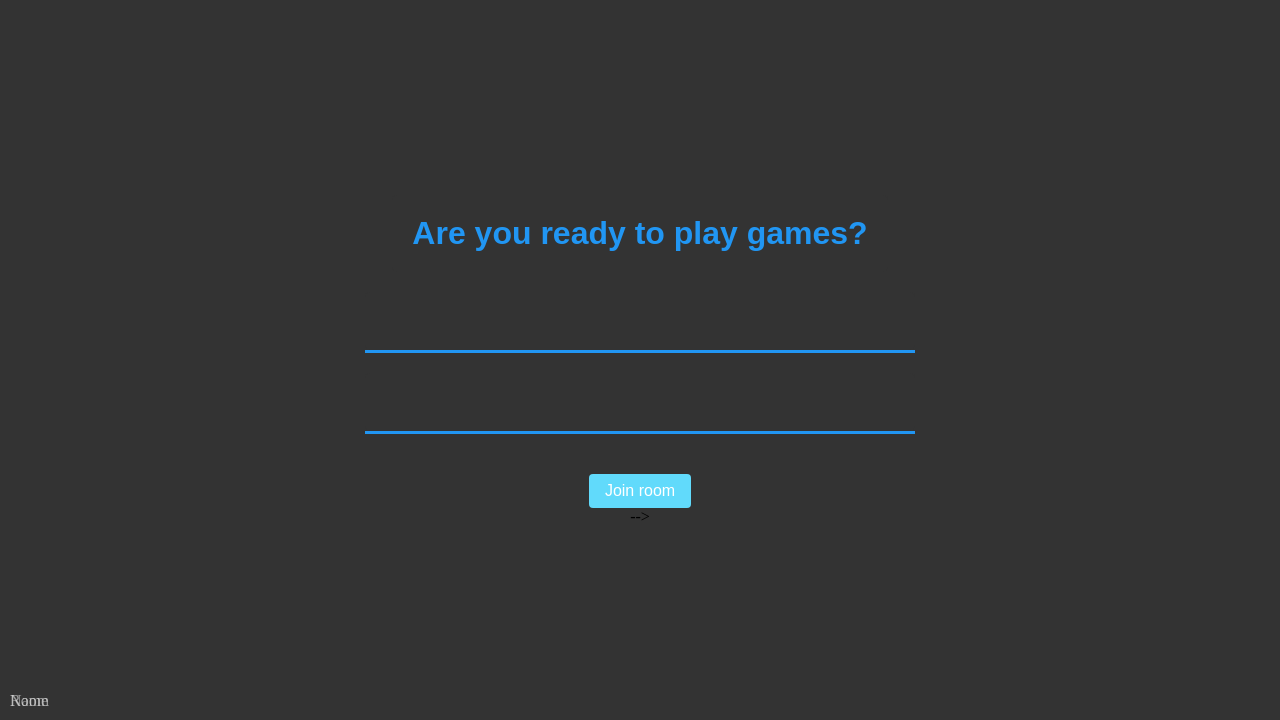
Repository: rektyyy/henhouse
Page: client/index.html
An editor plug-in stored every save of this project. The page is shown before and after the next save, followed by the edit.
The browser window is 1280 px wide. The pictures show the whole page.

Above is the page before, as saved 2023-12-30 10:38:27.

### client/index.html
<!DOCTYPE html>
<html lang="en">

<head>
    <meta name="viewport" content="width=device-width, initial-scale=1.0">
    <title>Cool Start Page</title>
    <link rel="stylesheet" type="text/css" href="styles_index.css">
</head>

<body>
    <h1>Are you ready to play games?</h1>
    <div class="centered">
        <div class="group1">
            <input type="text" id="name" required>
            <label for="name">Name</label>
            <div class="bar"></div>
        </div>
    </div>


    <div class="centered">
        <div class="group2">
            <input type="text" id="room" required>
            <label for="name">Room</label>
            <div class="bar"></div>
        </div>
    </div>
    <button id="button_room" type="submit">Join room</button> -->

    <script type="text/javascript" src="index.js"></script>
</body>

</html>

### client/styles_index.css
* {
  box-sizing: border-box;
}

body {
  background: #333;
  display: flex;
  flex-direction: column;
  align-items: center;
  justify-content: center;
  min-height: 100vh;
  margin: 0;
  padding: 0;
}

h1 {
  font-family: "Arial", sans-serif;
  text-align: center;
  color: #2196f3;
  padding: 20px;
  background-color: #333;
  margin-top: 0;
  margin-bottom: 20px;
  border-radius: 5px;
}

button {
  padding: 0.5rem 1rem;
  font-size: 1rem;
  border: none;
  border-radius: 0.25rem;
  background-color: #61dafb;
  color: #fff;
  cursor: pointer;
  outline: none;
  margin-top: 20px;
}

button:hover {
  background-color: #4fa3d1;
}

.centered {
  width: 100%;
  max-width: 550px;
  margin-bottom: 20px;
}

.group {
  width: 100%;
  margin-bottom: 10px;
  position: relative;
  padding-top: 20px; /* This padding gives space for the label to move above the input */
}

label {
  color: rgba(255, 255, 255, 0.5);
  font-size: 1rem;
  position: absolute;
  left: 10px; /* Same as input padding-left */
  bottom: 10px; /* Position the label at the bottom of the input */
  pointer-events: none; /* Allows click events to pass through to the input */
  transition: 0.25s ease;
}

input {
  width: 100%;
  padding: 20px 10px;
  border: none;
  border-radius: 5px;
  color: white;
  background: #333;
  font-size: 1rem;
  margin-bottom: 5px;
}

input:focus + label,
input:valid + label {
  bottom: 100%; /* Move the label to the top of the input */
  color: #2196f3;
}

.bar {
  height: 3px;
  background: #2196f3;
  margin-top: -5px;
}

### client/index.js
const input_room = document.getElementById('input_room');
const button_room = document.getElementById('button_room');

// Joins room
button_room.addEventListener('click', () => {
    if (input_room.value) {
        currentRoomId = input_room.value;
        input_room.value = '';
        window.location.href = `/game.html?room=${currentRoomId}`;
    }
});

After the next save:
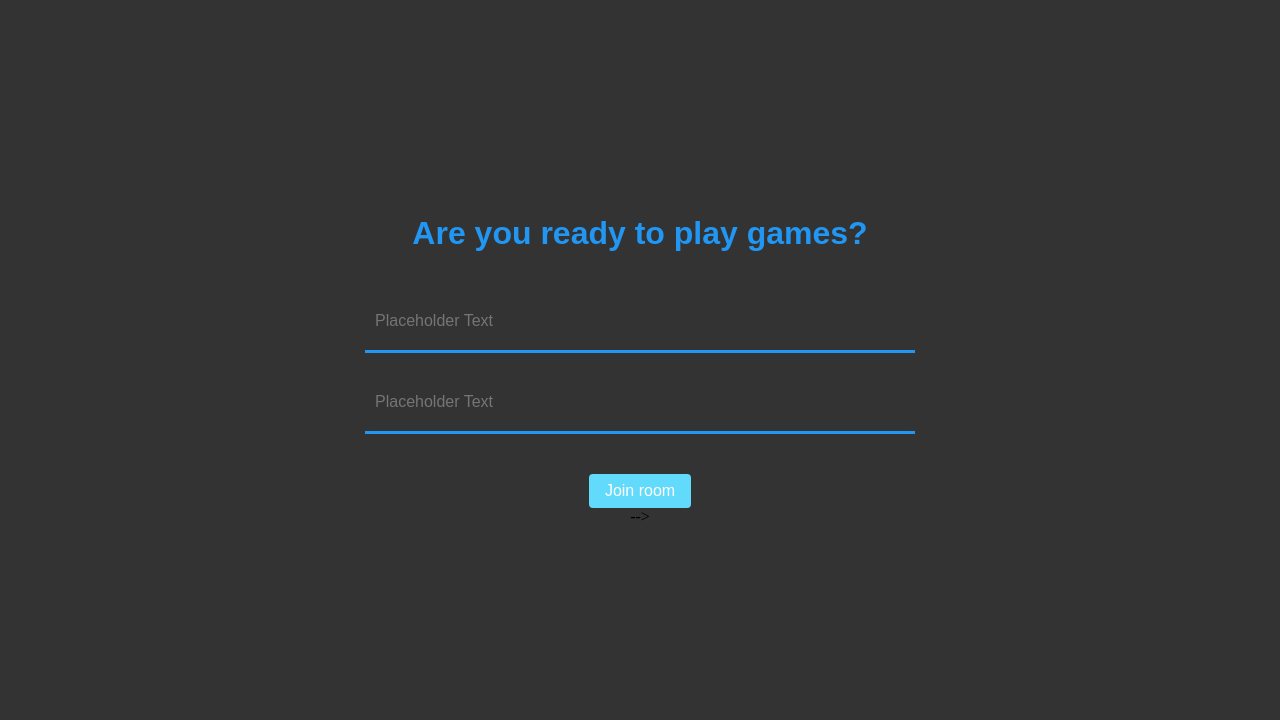
Saved 46 s later.
--- a/client/index.html
+++ b/client/index.html
@@ -11,8 +11,8 @@
     <h1>Are you ready to play games?</h1>
     <div class="centered">
         <div class="group1">
-            <input type="text" id="name" required>
-            <label for="name">Name</label>
+            <input type="text" placeholder="Placeholder Text" id="name" required>
+
             <div class="bar"></div>
         </div>
     </div>
@@ -20,8 +20,8 @@
 
     <div class="centered">
         <div class="group2">
-            <input type="text" id="room" required>
-            <label for="name">Room</label>
+            <input type="text" id="room" placeholder="Placeholder Text" required>
+
             <div class="bar"></div>
         </div>
     </div>
